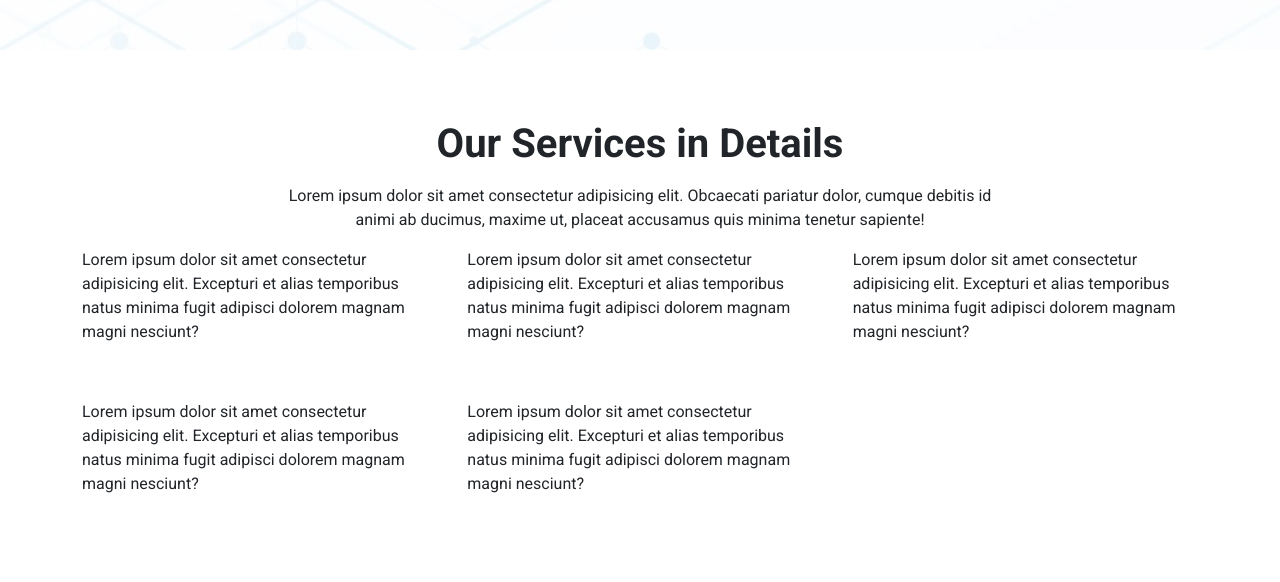
Repository: nazmulalok/landing-page-angelio
Page: index.html
The author's editor kept a copy of each file at every save. The page is drawn from the files as they stood at one save, then again after the next save.
The browser window is 1280 px wide. The pictures show the part of the page from y = 2012 to 2594 px (the page is 2594 px tall before and 2584 px after).
A picture or video elsewhere on the page could not be fetched, so the positions and the page height are approximate.

Above is the page before, as saved 2022-09-17 23:58:12.

After the next save:
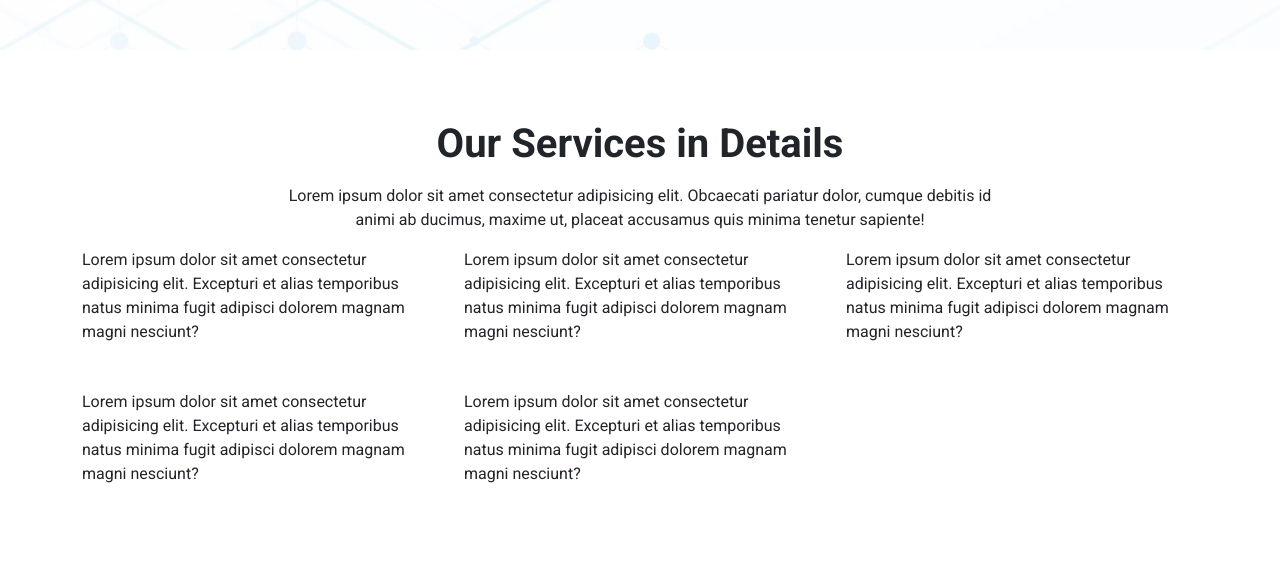
Saved 42 s later.
--- a/style.css
+++ b/style.css
@@ -332,10 +332,11 @@ span.arrow-text:before {
 /* Service Details Box */
 
 .service-details-grid {
+    display: -ms-grid;
     display: grid;
     width: 100%;
-    grid-column-gap: 40px;
-    grid-row-gap: 40px;
+    grid-column-gap: 30px;
+    grid-row-gap: 30px;
     grid-template-columns: 1fr 1fr 1fr;
     transition: all 0.3s ease-in-out;
 }
